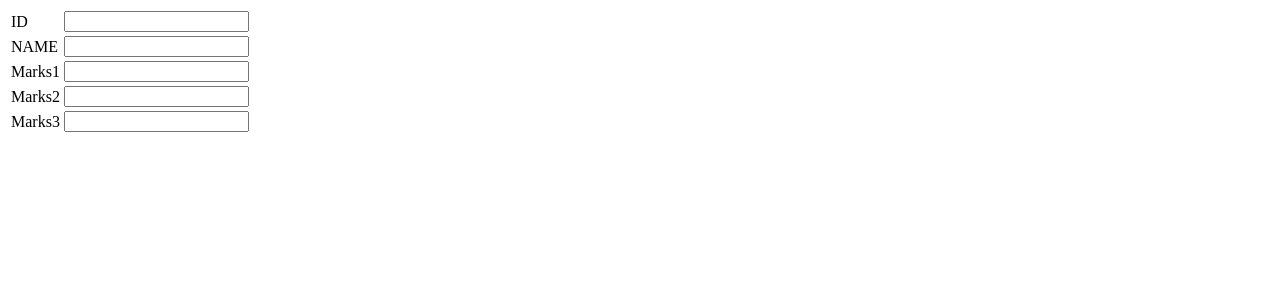
Repository: Aishwarya6362/J2EE
Page: add-result/src/main/webapp/index.html
These files come from the project's save history. The page is drawn as it stood at one moment and after the next save; the edit follows.
The browser window is 1280 px wide. The pictures show the whole page.

Above is the page before, as saved 2024-10-10 09:47:54.

### add-result/src/main/webapp/index.html
<!DOCTYPE html>
<html>
<head>
<meta charset="UTF-8">
<title>Insert title here</title>
</head>
<body>
	<form>
		<table>
			<tr>
				<td>ID</td>
				<td><input type="text" name="id" /></td>
			</tr>
			<tr>
				<td>NAME</td>
				<td><input type="text" name="name" /></td>
			</tr>
			<tr>
				<td>Marks1</td>
				<td><input type="text" name="marks1"/></td>
			</tr>
			<tr>
				<td>Marks2</td>
				<td><input type="text" name="marks2" /></td>
			</tr>
			<tr>
				<td>Marks3</td>
				<td><input type="text" name="marks3" /></td>
			</tr>
			<tr>
			</tr>
		</table>
	</form>
</body>
</html>

After the next save:
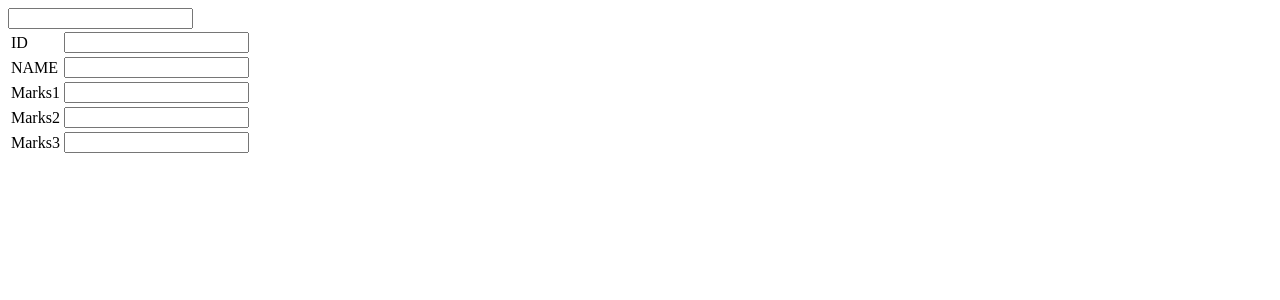
Saved 11 s later.
--- a/add-result/src/main/webapp/index.html
+++ b/add-result/src/main/webapp/index.html
@@ -28,6 +28,7 @@
 				<td><input type="text" name="marks3" /></td>
 			</tr>
 			<tr>
+				<input type=""
 			</tr>
 		</table>
 	</form>
